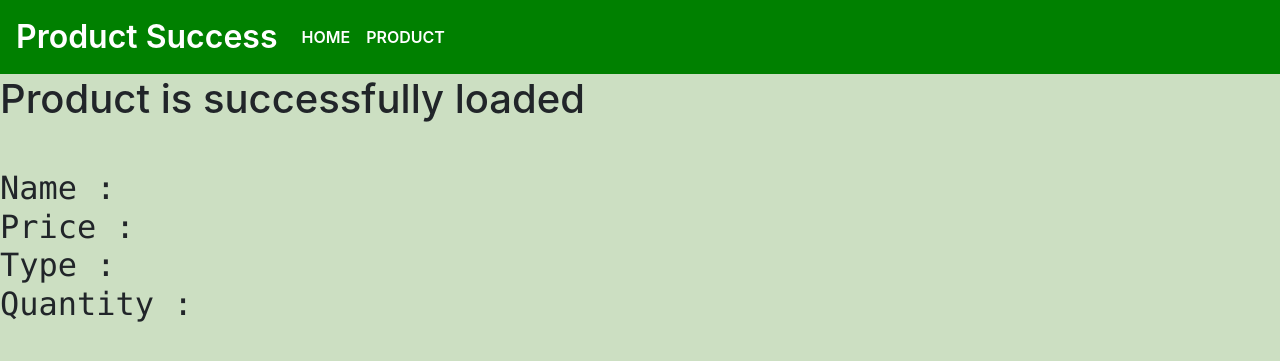
Repository: 05Mohammedismail/xworkz--Advance-Java
Page: http://localhost/Sep13_JSP/playerSuccess.jsp
The author's editor kept a copy of each file at every save. The page is drawn from the files as they stood at one save, then again after the next save.
The browser window is 1280 px wide. The pictures show the whole page.
The page is served by Tomcat 9. The template is opened directly, without the code that normally fills it, so the values that code supplies are empty.

Above is the page before, as saved 2023-09-13 18:51:19.

After the next save:
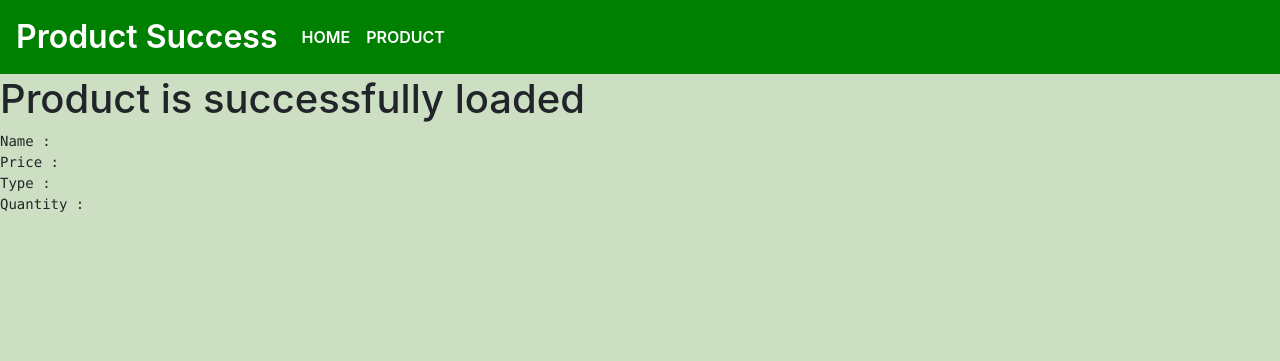
Saved 16 s later.
--- a/Sep13_JSP/src/main/webapp/playerSuccess.jsp
+++ b/Sep13_JSP/src/main/webapp/playerSuccess.jsp
@@ -51,12 +51,10 @@ text-decoration: underline;
 
 <h1>Product is successfully loaded</h1>
 <pre>
-<h2>
 Name : ${name}
 Price : ${price}
 Type :  ${type}
 Quantity :  ${quantity}
-</h2>
 </pre>
     <script src="https://cdn.jsdelivr.net/npm/bootstrap@5.3.1/dist/js/bootstrap.bundle.min.js" integrity="sha384-HwwvtgBNo3bZJJLYd8oVXjrBZt8cqVSpeBNS5n7C8IVInixGAoxmnlMuBnhbgrkm" crossorigin="anonymous"></script>
   </body>
